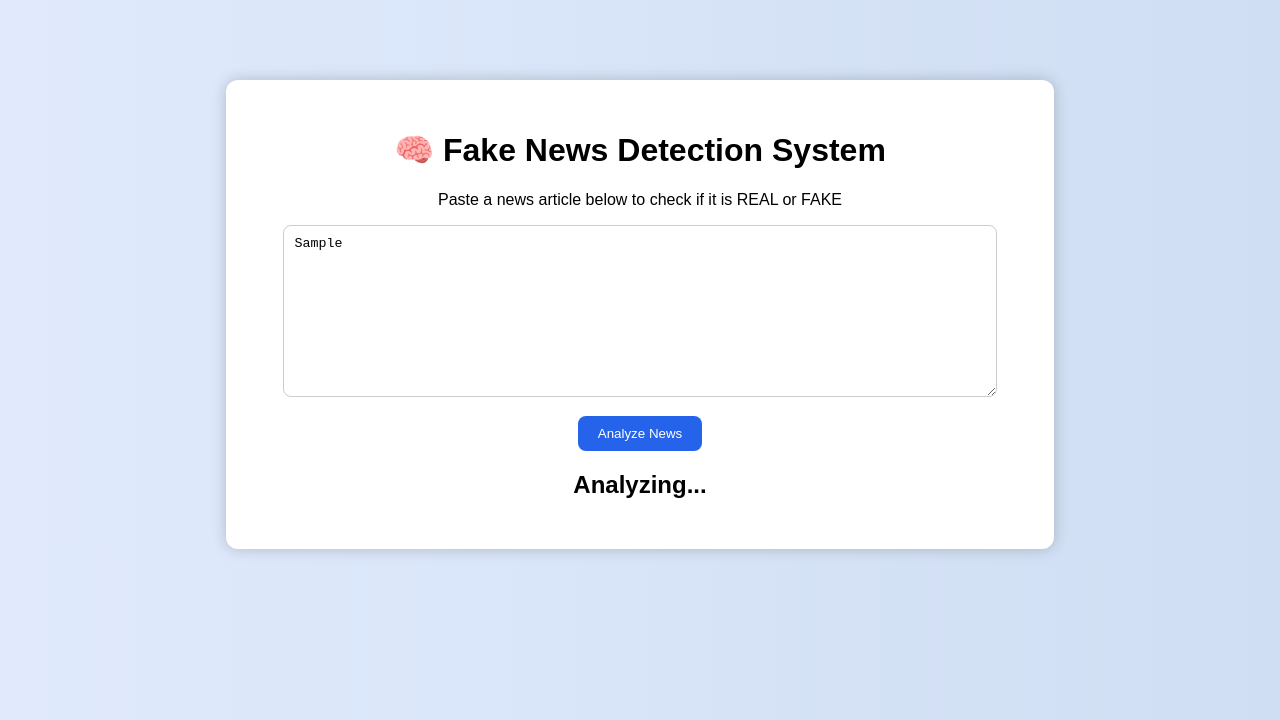
Repository: abrahamnayipoan/fake-news-detector
Page: frontend/index.html
The author's editor kept a copy of each file at every save. The page is drawn from the files as they stood at one save, then again after the next save.
The browser window is 1280 px wide. The pictures show the whole page.
Empty fields were first filled with sample values (such as "Sample", 5 or name@example.com).
After loading, the first visible `button` was clicked once.
The page's requests for data from a server got no answer.

Above is the page before, as saved 2026-05-22 14:36:04.

After the next save:
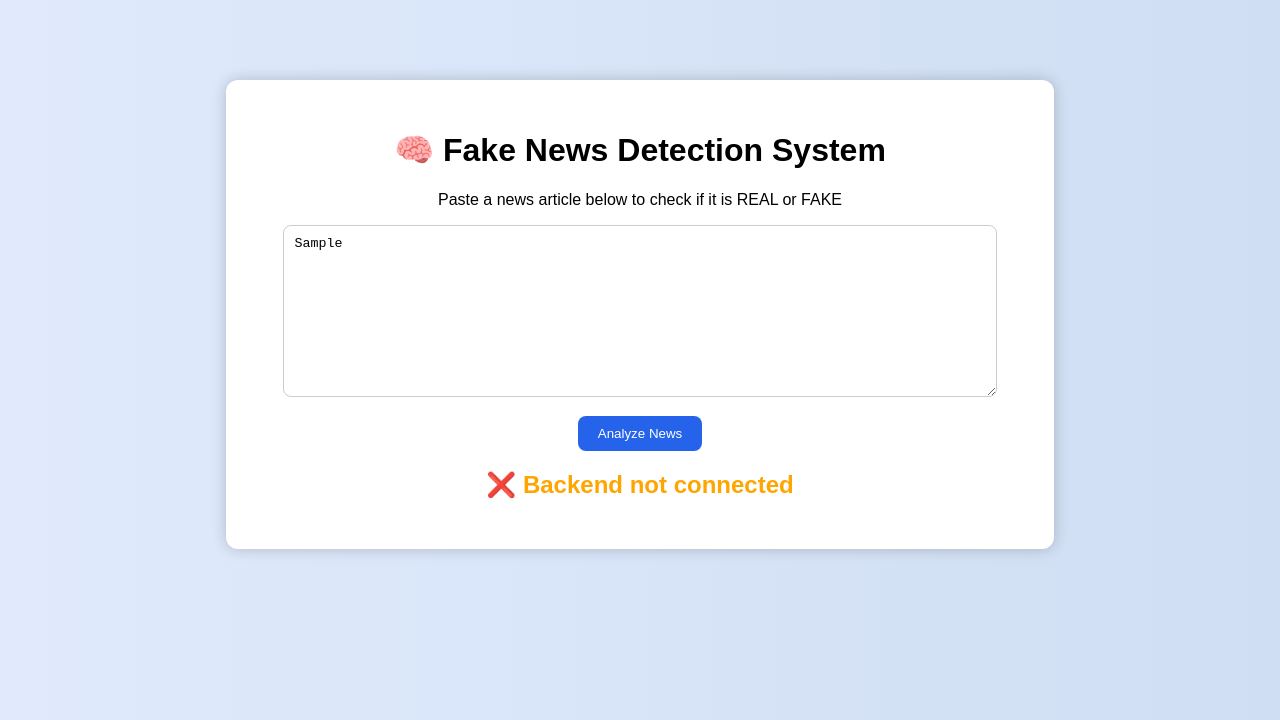
Saved 63 s later.
--- a/frontend/script.js
+++ b/frontend/script.js
@@ -2,27 +2,35 @@ async function predictNews() {
     const text = document.getElementById("newsInput").value;
     const result = document.getElementById("result");
 
+    if (text.trim() === "") {
+        result.innerHTML = "Please enter news text!";
+        return;
+    }
+
     result.innerHTML = "Analyzing...";
 
-    const response = await fetch("http://127.0.0.1:5000/predict", {
-        method: "POST",
-        headers: {
-            "Content-Type": "application/json"
-        },
-        body: JSON.stringify({ text: text })
-    });
+    try {
+        const response = await fetch("http://127.0.0.1:5000/predict", {
+            method: "POST",
+            headers: {
+                "Content-Type": "application/json"
+            },
+            body: JSON.stringify({ text: text })
+        });
 
-    const data = await response.json();
+        const data = await response.json();
 
-    result.innerHTML =
-        data.prediction +
-        "<br><small>Confidence: " +
-        data.confidence +
-        "</small>";
+        result.innerHTML = data.prediction;
 
-    if (data.prediction.includes("FAKE")) {
-        result.style.color = "red";
-    } else {
-        result.style.color = "green";
+        if (data.prediction.includes("FAKE")) {
+            result.style.color = "red";
+        } else {
+            result.style.color = "green";
+        }
+
+    } catch (error) {
+        console.log(error);
+        result.innerHTML = "❌ Backend not connected";
+        result.style.color = "orange";
     }
 }
